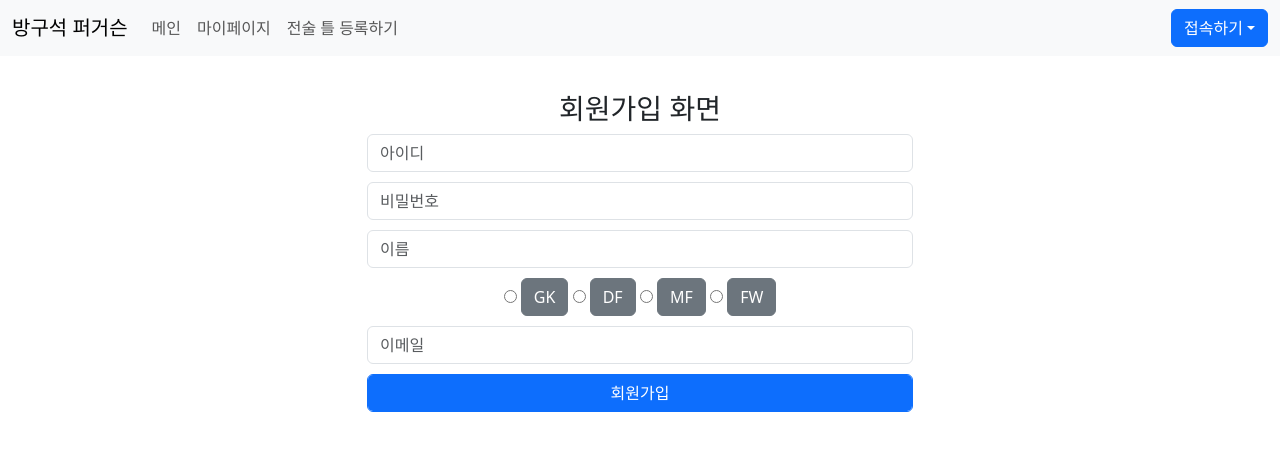
Repository: jiiiiiw/Spring-BBS
Page: http://localhost/BBS/join.jsp
An editor plug-in stored every save of this project. The page is shown before and after the next save, followed by the edit.
The browser window is 1280 px wide. The pictures show the whole page.
The page is served by Tomcat 9. Other server files are loaded and not shown.

Above is the page before, as saved 2024-01-25 07:31:34.

### BBS/src/main/webapp/join.jsp
<%@ page language="java" contentType="text/html; charset=UTF-8"
	pageEncoding="UTF-8"%>
<!DOCTYPE html>
<html>
<head>
<meta charset="UTF-8">
<!-- 반응형 -->
<meta name="viewport" content="width=device-width" , initial-scale="1">
<!-- 정적 부트스트랩 참조 -->
<script src="js/bootstrap.js"></script>
<script src="js/bootstrap.bundle.js"></script>
<link href="css/bootstrap.css" rel="stylesheet">
<title>JSP 게시판 웹 사이트</title>
</head>
<body>
	<nav class="navbar navbar-expand-lg navbar-light bg-light">
		<div class="container-fluid">
			<a class="navbar-brand" href="main.jsp">방구석 퍼거슨</a>

			<!-- 토글 버튼 -->
			<button class="navbar-toggler" type="button"
				data-bs-toggle="collapse" data-bs-target="#navbarSupportedContent"
				aria-controls="navbarSupportedContent" aria-expanded="false"
				aria-label="Toggle navigation">
				<span class="navbar-toggler-icon"></span>
			</button>

			<!-- Navbar 링크 및 폼 -->
			<div class="collapse navbar-collapse" id="navbarNav">
				<ul class="navbar-nav me-auto">
					<li class="nav-item"><a class="nav-link" href="main.jsp">메인</a></li>
					<li class="nav-item"><a class="nav-link" href="#">마이페이지</a></li>
					<li class="nav-item"><a class="nav-link" href="#">전술 틀
							등록하기</a></li>
				</ul>
			</div>

			<div class="dropdown">
				<button class="btn btn-primary dropdown-toggle" type="button"
					id="dropdownMenuButton" data-bs-toggle="dropdown"
					aria-haspopup="true" aria-expanded="false">접속하기</button>
				<div class="dropdown-menu" aria-labelledby="dropdownMenuButton">

					<a class="dropdown-item" href="login.jsp">로그인</a> <a
						class="active dropdown-item" href="join.jsp">회원가입</a>
					<!-- 원하는 만큼 드롭다운 메뉴 항목 추가 -->
				</div>
			</div>
		</div>
	</nav>

	<style>
  .spacer {
    margin-bottom: 10px;
  }
	</style>

	<div class="container mt-3">
		<div class="row justify-content-center">
			<div class="col-lg-6">
				<div class="jumbotron" style="padding-top: 20px;">
					<form method="post" action="joinAction.jsp">
						<h3 style="text-align: center;">회원가입 화면</h3>
						<div class="form group spacer">
							<input type="text" class="form-control" placeholder="아이디"
								name="userID" maxlength="20">
						</div>
						<div class="form group spacer">
							<input type="password" class="form-control" placeholder="비밀번호"
								name="userPassword" maxlength="20">
						</div>
						<div class="form group spacer">
							<input type="text" class="form-control" placeholder="이름"
								name="userName" maxlength="20">
						</div>

						<div class="form-group spacer" style="text-align: center;">
							<input type="radio" class="btn" name="userPosition" id="GK" value="GK"  autocomplete="off">
							<label class="btn btn-secondary" for="GK">GK</label>

							<input type="radio" class="btn" name="userPosition" id="DF" value="DF" autocomplete="off">
							<label class="btn btn-secondary" for="DF">DF</label>

							<input type="radio" class="btn" name="userPosition" id="MF" value="MF" autocomplete="off">
							<label class="btn btn-secondary" for="MF">MF</label>

							<input type="radio" class="btn" name="userPosition" id="FW" value="FW" autocomplete="off">
							<label class="btn btn-secondary" for="FW">FW</label>
						</div>
						<!-- <div class="form-group" style="text-align: center;">
							<div class="btn-group" data-toggle="buttons">
								<label class="btn btn-primary active">
									<input type="radio" name="userPosition" autocomplete="off" value="GK" checked>GK
								</label>
								<label class="btn btn-primary">
									<input type="radio" name="userPosition" autocomplete="off" value="DF" checked>DF
								</label>
								<label class="btn btn-primary">
									<input type="radio" name="userPosition" autocomplete="off" value="MF" checked>MF
								</label>
								<label class="btn btn-primary">
									<input type="radio" name="userPosition" autocomplete="off" value="FW" checked>FW
								</label>
							</div>
						</div> -->

						<div class="form group spacer">
							<input type="email" class="form-control" placeholder="이메일"
								name="userEmail" maxlength="20">
						</div>
						<input type="submit" class="btn btn-primary form-control"
							value="회원가입">
					</form>
				</div>
			</div>
		</div>
	</div>




</body>
</html>

Loaded but not shown: BBS/src/main/webapp/js/bootstrap.js (library); BBS/src/main/webapp/js/bootstrap.bundle.js (library); BBS/src/main/webapp/css/bootstrap.css (library)

After the next save:
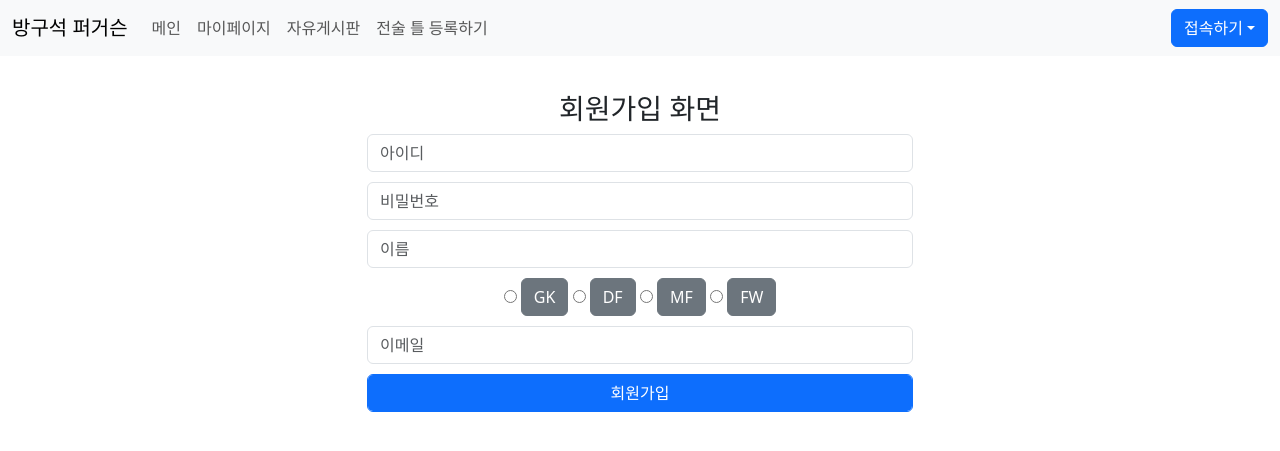
Saved 3 days later.
--- a/BBS/src/main/webapp/join.jsp
+++ b/BBS/src/main/webapp/join.jsp
@@ -30,6 +30,7 @@
 				<ul class="navbar-nav me-auto">
 					<li class="nav-item"><a class="nav-link" href="main.jsp">메인</a></li>
 					<li class="nav-item"><a class="nav-link" href="#">마이페이지</a></li>
+					<li class="nav-item"><a class="nav-link" href="bbs.jsp">자유게시판</a></li>
 					<li class="nav-item"><a class="nav-link" href="#">전술 틀
 							등록하기</a></li>
 				</ul>
